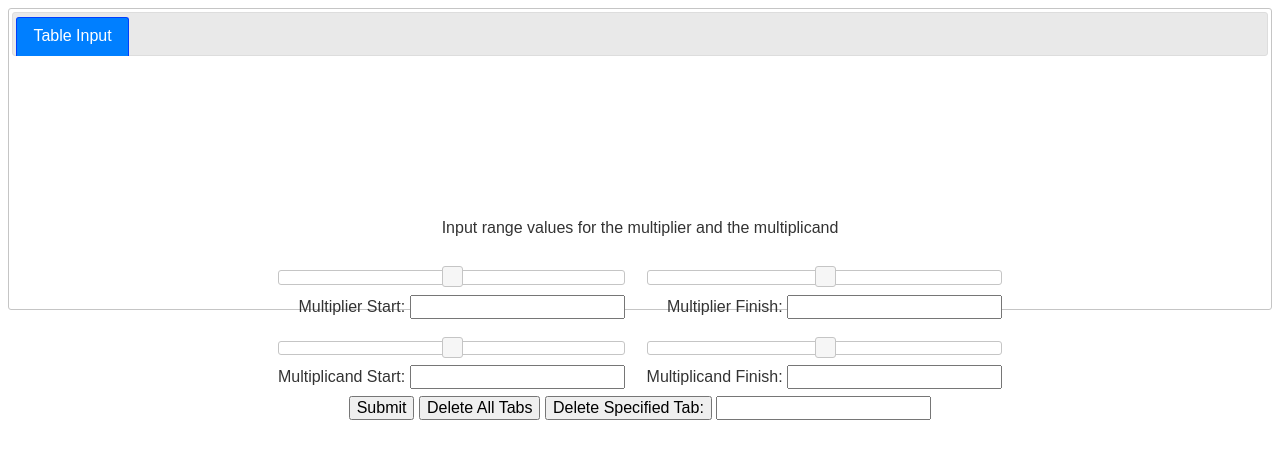
Repository: khrasna/HW4Part2
Page: index.html
The author's editor kept a copy of each file at every save. The page is drawn from the files as they stood at one save, then again after the next save.
The browser window is 1280 px wide. The pictures show the whole page.
Some web libraries are served in a nearby version.

Above is the page before, as saved 2021-11-22 16:35:05.

After the next save:
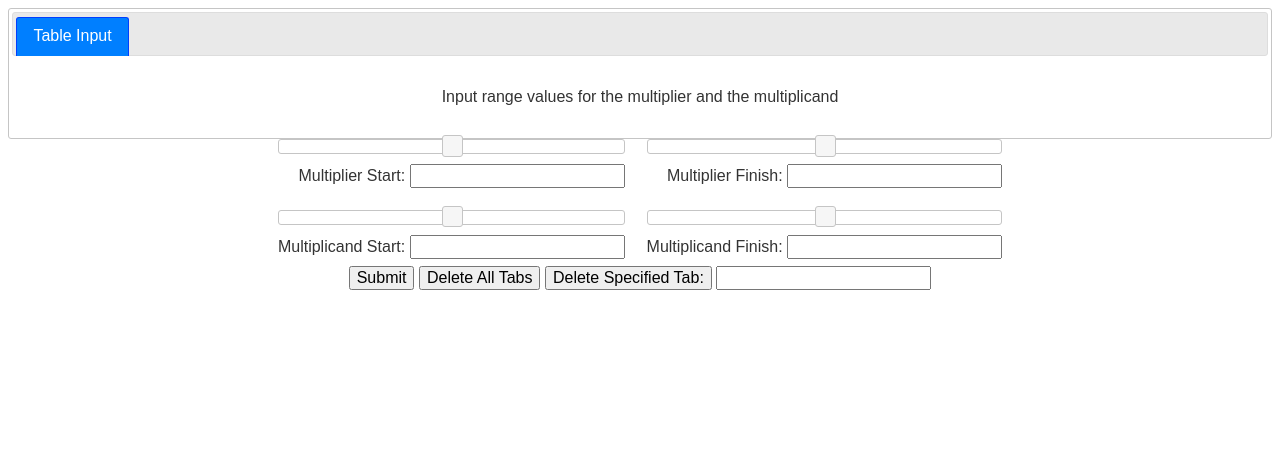
Saved 6 s later.
--- a/style.css
+++ b/style.css
@@ -13,7 +13,7 @@ body {
     margin-top: 10px;
 }
 
-div#tab1 {
+div#container {
     display: grid;
     grid-template-columns: auto;
     /* top row of grid holds the form for input, the rest of page holds the multiplication table*/
